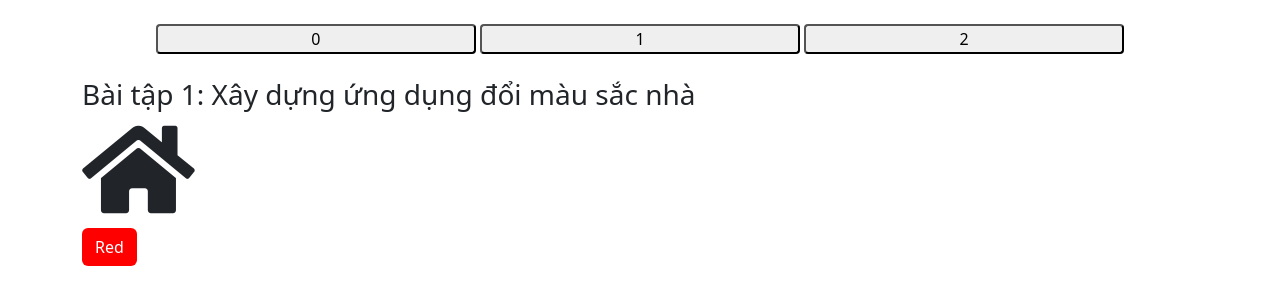
Repository: hcozyph/CyberSoft_Bai_Tap_Tren_Lop
Page: ES6/ES6_BASIC/index.html
These files come from the project's save history. The page is drawn as it stood at one moment and after the next save; the edit follows.
The browser window is 1280 px wide. The pictures show the whole page.
Some web libraries are served in a nearby version.

Above is the page before, as saved 2023-03-19 11:27:05.
Console error: ReferenceError: array is not defined

### ES6/ES6_BASIC/index.html
<!DOCTYPE html>
<html lang="en">
    <head>
        <title>ES6-BASIC</title>
        <!-- Required meta tags -->
        <meta charset="utf-8" />
        <meta
            name="viewport"
            content="width=device-width, initial-scale=1, shrink-to-fit=no"
        />

        <link
            rel="stylesheet"
            href="https://use.fontawesome.com/releases/v5.1.1/css/all.css"
            integrity="sha384-O8whS3fhG2OnA5Kas0Y9l3cfpmYjapjI0E4theH4iuMD+pLhbf6JI0jIMfYcK3yZ"
            crossorigin="anonymous"
        />
        <!-- Bootstrap CSS v5.2.1 -->
        <link
            href="https://cdn.jsdelivr.net/npm/bootstrap@5.2.1/dist/css/bootstrap.min.css"
            rel="stylesheet"
            integrity="sha384-iYQeCzEYFbKjA/T2uDLTpkwGzCiq6soy8tYaI1GyVh/UjpbCx/TYkiZhlZB6+fzT"
            crossorigin="anonymous"
        />
    </head>

    <body>
        <div class="text-center my-4">
            <button class="w-25 rounded-1">0</button>
            <button class="w-25 rounded-1">1</button>
            <button class="w-25 rounded-1">2</button>
        </div>

        <div class="container">
            <h3>Bài tập 1: Xây dựng ứng dụng đổi màu sắc nhà</h3>
            <i class="fa fa-home" id="home" style="font-size: 100px"></i>

            <div id="colors" class="mt-2">
                <button class="btn text-white" style="background-color: red">
                    Red
                </button>
            </div>
        </div>

        <!-- Bootstrap JavaScript Libraries -->
        <script
            src="https://cdn.jsdelivr.net/npm/@popperjs/core@2.11.6/dist/umd/popper.min.js"
            integrity="sha384-oBqDVmMz9ATKxIep9tiCxS/Z9fNfEXiDAYTujMAeBAsjFuCZSmKbSSUnQlmh/jp3"
            crossorigin="anonymous"
        ></script>

        <script
            src="https://cdn.jsdelivr.net/npm/bootstrap@5.2.1/dist/js/bootstrap.min.js"
            integrity="sha384-7VPbUDkoPSGFnVtYi0QogXtr74QeVeeIs99Qfg5YCF+TidwNdjvaKZX19NZ/e6oz"
            crossorigin="anonymous"
        ></script>
        <script type="module" src="./index.js"></script>
    </body>
</html>

### ES6/ES6_BASIC/index.js
/*-------  Cơ chế khai báo biến ------ */

/*
PHẠM VI BIẾN
- var: Hỗ trợ cơ chế hoisting, nên phạm vi biến là toàn cục

- let:
    > KHÔNG hỗ trợ cơ chế hoisting khi khai báo biến trùng tên với nhau trên cùng một scope thì browser báo lỗi.
    > Khi khai báo let ở các scope khác nhau thi giá trị sẽ phân biệt.

- const: Tương tự let, tuy nhiên giá trị không được phép gán lại.

=>>> Dùng let thay thế cho var thì khai báo biến trong ES6
*/

// var arrButton = document.querySelectorAll('button');

// for (var index = 0; index < arrButton.length; index++) {
//     let btn = arrButton[index];
//     btn.onclick = function () {
//         alert(btn.innerHTML);
//     }
// }

/*------- HÀM -------*/

//----------declaration function ----- <Hỗ trợ hoisting>
function tenHam() {
    console.log('ten ham');
}

//-----------express function ----- <Không hỗ trợ hoisting>
var showMessage = function () {
    console.log('showMessage');
}


/*
------------- CONTEXT (ngữ cảnh this) ----------------

OBJECT: trong object thì this sẽ là object.

FUNCTION: trong function đối tượng nào thực thi phương thức thì this sẽ là đối tượng đó. Nói cách khác this trong function là function đó.

DEFAULT: this là window.(Khi ngữ cảnh trồng chéo nhau). Nếu mở tính năng module của thẻ script thì sẽ báo lỗi

*/
let hoTen = 'nguyen van teo';
console.log('width:', window.innerWidth);
console.log('title:', window.document.title);
console.log('name:', window.hoTen);


// var sinhvien = {
//     ma: 1,
//     ten: 'Phuoc',
//     hienThiThongTin: function () {
//         function hienThi() {
//             console.log(this.ma);
//             console.log(this.ten);
//         }
//         hienThi();
//     }
// }
// sinhvien.hienThiThongTin();


function Product() {
    this.id = '';
    this.name = '';
    this.showInfo = function () {
        console.log('id', this.id);
        console.log('name', this.name);
    };
}

var prd1 = new Product();
prd1.id = 1;
prd1.name = 'Product A';
prd1.showInfo();

var prd2 = new Product();
prd2.id = 2;
prd2.name = 'Product B';
prd2.showInfo();


/*----------- ARROW FUNCTION  ------------*/

/* Arrow function là cách khai báo hàm với cú pháp '=>'
    + Khai báo hàm ngắn gọn hơn:
        + Đối với hàm chỉ có 1 tham số thì sẽ không cẩn () cho tham số. VD: (title) => {} tương đương title => {}
        + Đối với hàm chỉ có 1 lệnh return thì sẽ không cần ghi chữ return và {}. Ví dụ (a,b)=> {return a+b;} tương đương (a,b) => a+b

    + Loại bỏ được ngữ cảnh (this)
    + Không dùng cho việc khai báo Prototype và cũng không hỗ trợ hoisting => dùng cho mục đích khai báo hàm( hàm không phụ thuộc vào prototype)
*/

var showInfoProduct = () => {
    console.log('Hello hcozyph bc43');
    console.log(this);
}
// var prd = new showInfoProduct();'

var sayHello = (name) => {
    return 'hello' + name;
}

var sayHelloArrow = name => `hello ${name}`;

/* -----------BÀI TẬP ----------------- */
let arrColors = ['red', 'green', 'blue', 'pink', 'orange', 'black'];


////Cách 1: tạo ra các button bằng DOM => append lên ui
// let renderButton = () => {
//     for (let index = 0; index < arrColors.length; index++) {
//         let color = arrColors[index];
//         //Tạo button
//         let btn = document.createElement('button');
//         btn.className = 'btn';
//         btn.style.background = color;
//         btn.innerHTML = color;
//         btn.onclick = function () {
//             document.getElementById('home').style.color = color;
//         }
//         document.getElementById('colors').appendChild(btn);
//     }
// }


////Cách 2:
let renderButton = () => {
    let htmlString = '';
    for (var index = 0; index < array.length; index++) {
        let color = array[index];
        htmlString += `
            <button class="btn text-white" style="background-color: ${color}">${color}</button>
        `
    }
    document.querySelector('#colors').innerHTML = htmlString;
}

renderButton(arrColors);

let changeColor = () => {

}

After the next save:
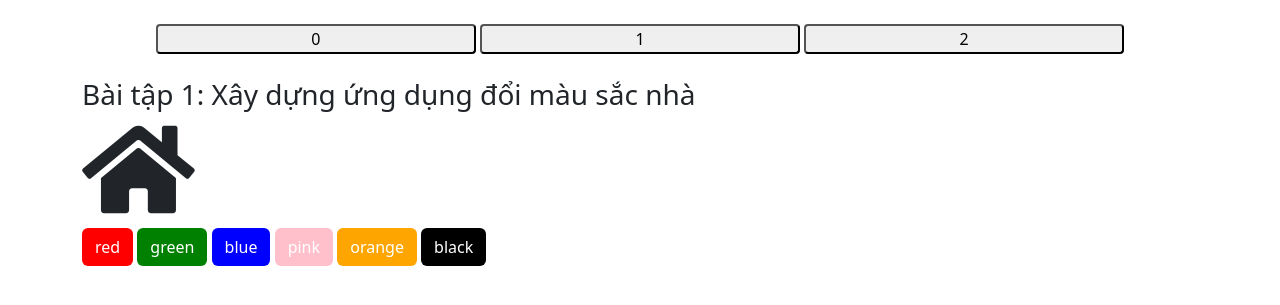
The error is gone.
Saved 33 s later.
--- a/ES6/ES6_BASIC/index.js
+++ b/ES6/ES6_BASIC/index.js
@@ -130,7 +130,7 @@
 
 
 ////Cách 2:
-let renderButton = () => {
+let renderButton = (array) => {
     let htmlString = '';
     for (var index = 0; index < array.length; index++) {
         let color = array[index];
@@ -140,7 +140,6 @@
     }
     document.querySelector('#colors').innerHTML = htmlString;
 }
-
 renderButton(arrColors);
 
 let changeColor = () => {
